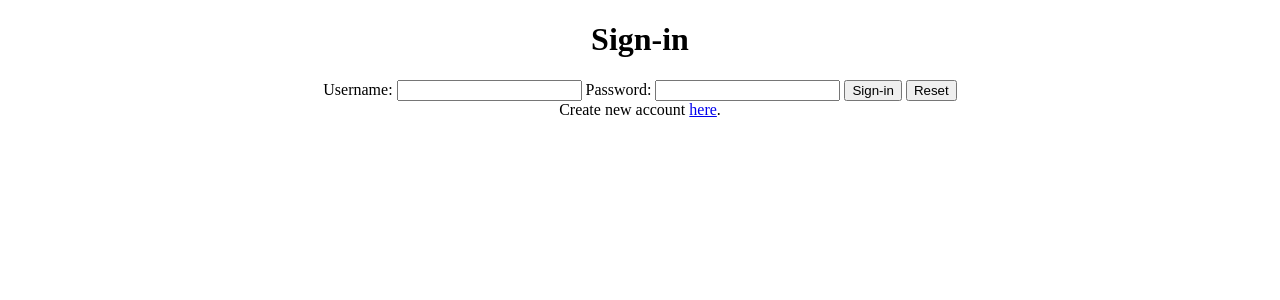
Repository: shounakmk219/training
Page: http://localhost/Fakebook/
These files come from the project's save history. The page is drawn as it stood at one moment and after the next save; the edit follows.
The browser window is 1280 px wide. The pictures show the whole page.
The page is served by Tomcat 9. Other server files are loaded and not shown.

Above is the page before, as saved 2019-07-10 10:07:08.

### week2/Fakebook/WebContent/index.jsp
<%@ page language="java" contentType="text/html; charset=ISO-8859-1"
    pageEncoding="ISO-8859-1"%>
<!DOCTYPE html>
<html>
<head>
<meta charset="ISO-8859-1">
<title>Fakebook</title>
</head>
<body>
<center>
	<h1>Sign-in</h1>
	<form action="sign-in" method="post">
		Username: <input type="text" name="uname"/>
		Password: <input type="password" name="pass"/>
		<input type="submit" value="Sign-in">
		<input type="reset" value="Reset">
	</form>
	Create new account <a href="sign-up">here</a>.
</center>
	<jsp:useBean id="p1" class="com.model.Profile"></jsp:useBean>
	<jsp:setProperty property="uname" name="p1" value="Shounak"/>
	<jsp:setProperty property="password" name="p1" value="kulkarni"/>
	<jsp:setProperty property="age" name="p1" value="23"/>

</body>
</html>

### week2/Fakebook/src/com/model/Profile.java
package com.model;

public class Profile {
	private String uname;
	private String password;
	private String age;
	public String getUname() {
		return uname;
	}
	public void setUname(String uname) {
		this.uname = uname;
	}
	public String getPassword() {
		return password;
	}
	public void setPassword(String password) {
		this.password = password;
	}
	public String getAge() {
		return age;
	}
	public void setAge(String age) {
		this.age = age;
	}


}

After the next save:
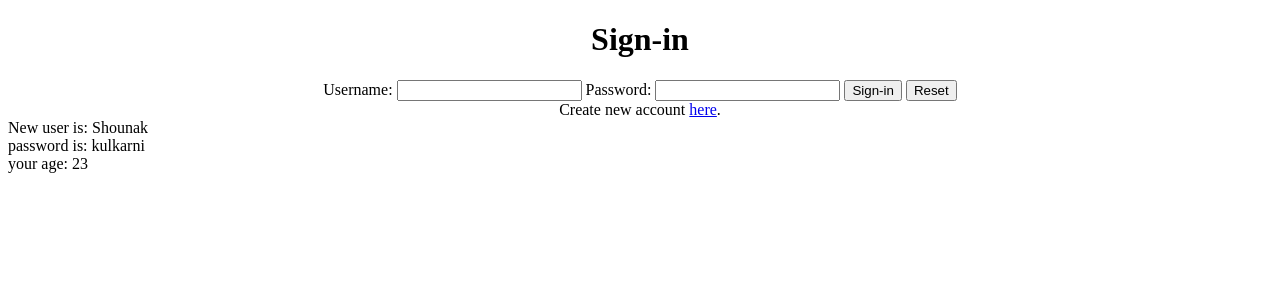
Saved 94 s later.
--- a/week2/Fakebook/WebContent/index.jsp
+++ b/week2/Fakebook/WebContent/index.jsp
@@ -22,5 +22,9 @@
 	<jsp:setProperty property="password" name="p1" value="kulkarni"/>
 	<jsp:setProperty property="age" name="p1" value="23"/>
 
+	New user is: <jsp:getProperty property="uname" name="p1"/><br>
+	password is: <jsp:getProperty property="password" name="p1"/><br>
+	your age: <jsp:getProperty property="age" name="p1"/>
+
 </body>
 </html>
